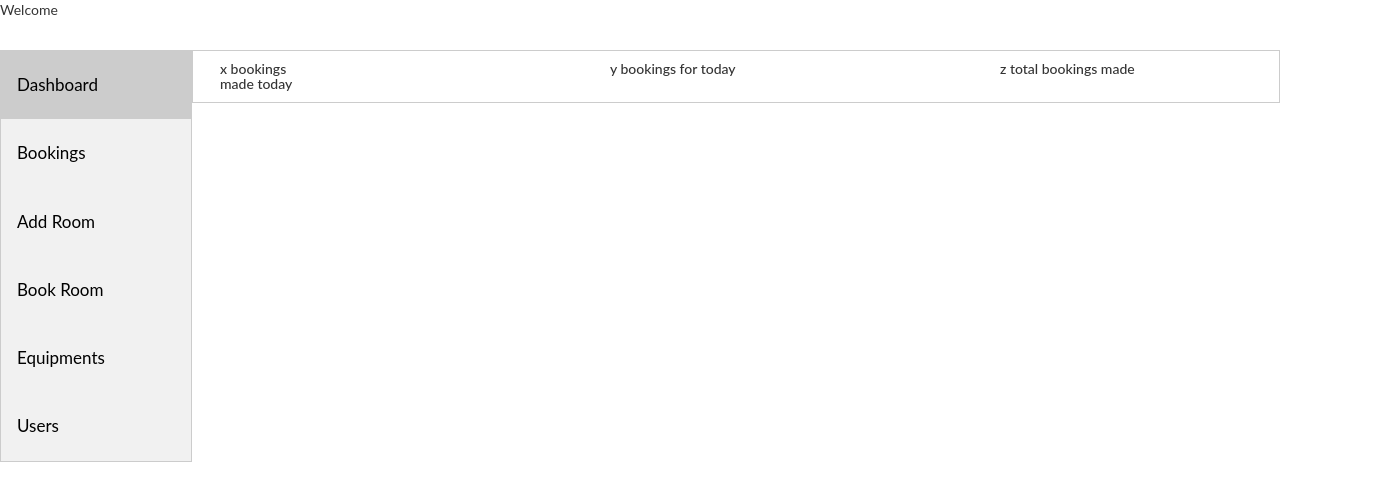
Repository: abhi608/visa_tutorial
Page: meetingroomapp/src/main/resources/static/dashboardView.html
The author's editor kept a copy of each file at every save. The page is drawn from the files as they stood at one save, then again after the next save.
The browser window is 1280 px wide. The page is 1375 px wide, so the pictures cover 1375 px, including what lies to the right of the window. The pictures show the whole page.

Above is the page before, as saved 2018-08-07 07:42:23.

After the next save:
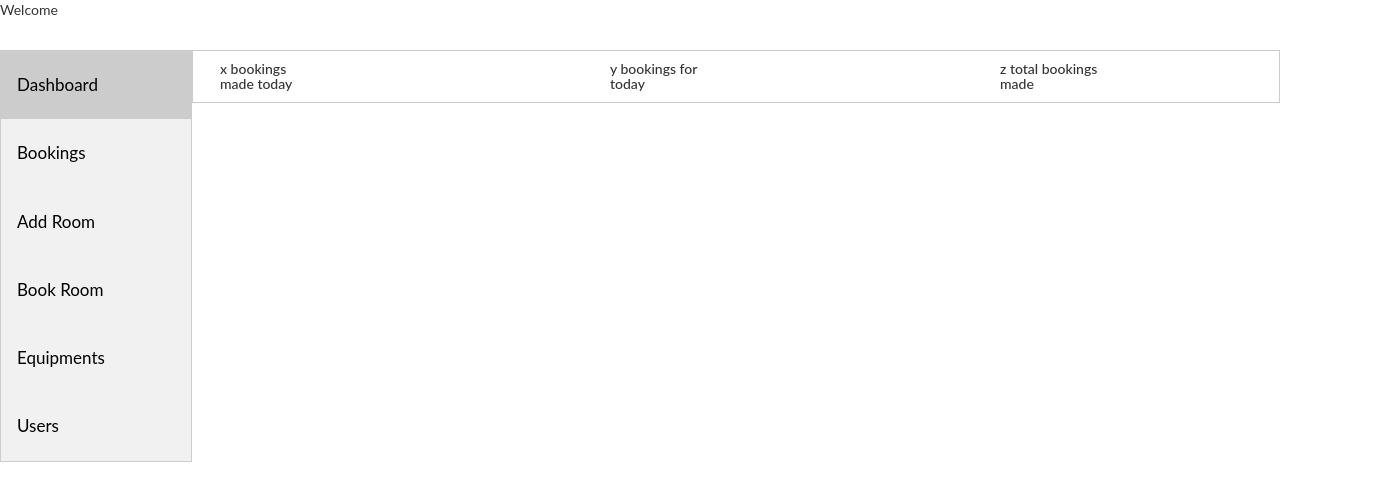
Saved 7 s later.
--- a/meetingroomapp/src/main/resources/static/dashboardView.html
+++ b/meetingroomapp/src/main/resources/static/dashboardView.html
@@ -84,14 +84,14 @@ body {font-family: "Lato", sans-serif;}
 		  </div>
 	    </div>
 	    <div class="col-sm-4">
-	      <div class="card" style="width: 18rem;">
+	      <div class="card" style="width: 10rem;">
   			<div class="card-body">
     			<h5 class="card-title">y bookings for today</h5>
   			</div>
 		  </div>
 	    </div>
 	    <div class="col-sm-4">
-	      <div class="card" style="width: 18rem;">
+	      <div class="card" style="width: 10rem;">
   			<div class="card-body">
     			<h5 class="card-title">z total bookings made</h5>
   			</div>
